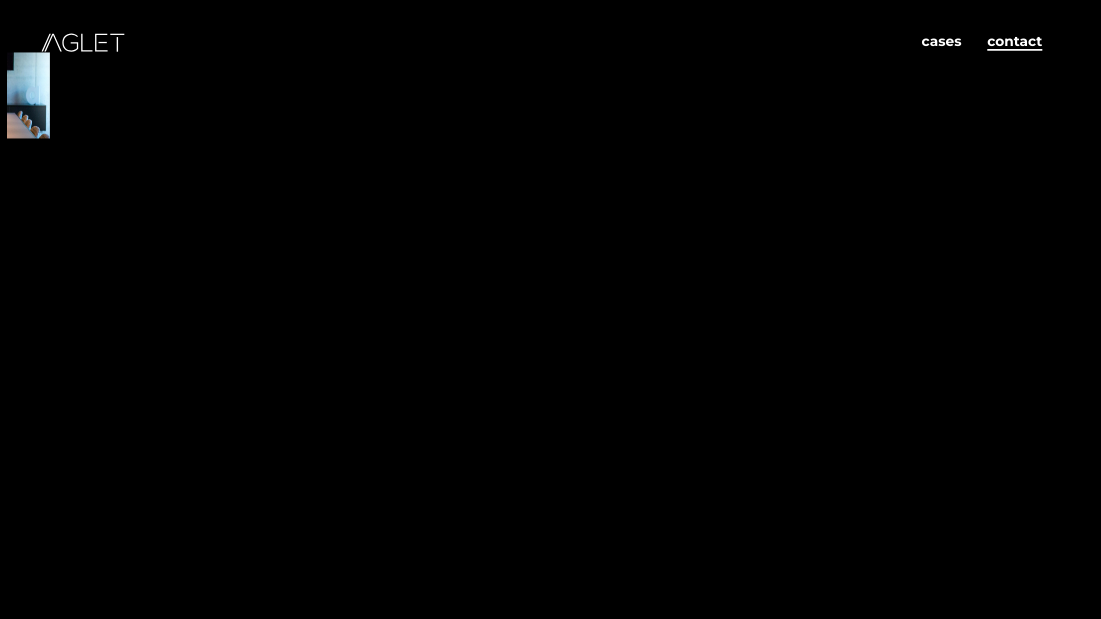
Repository: SamoraMabuya/Aglet
Page: contact.html
These files come from the project's save history. The page is drawn as it stood at one moment and after the next save; the edit follows.
The browser window is 1280 px wide. The pictures show the whole page, at 86% of full size.
The style sheet was rebuilt from its Sass, Less or Tailwind sources for each picture, by a compiler version that may differ from the author's.

Above is the page before, as saved 2020-11-16 13:45:59.

After the next save:
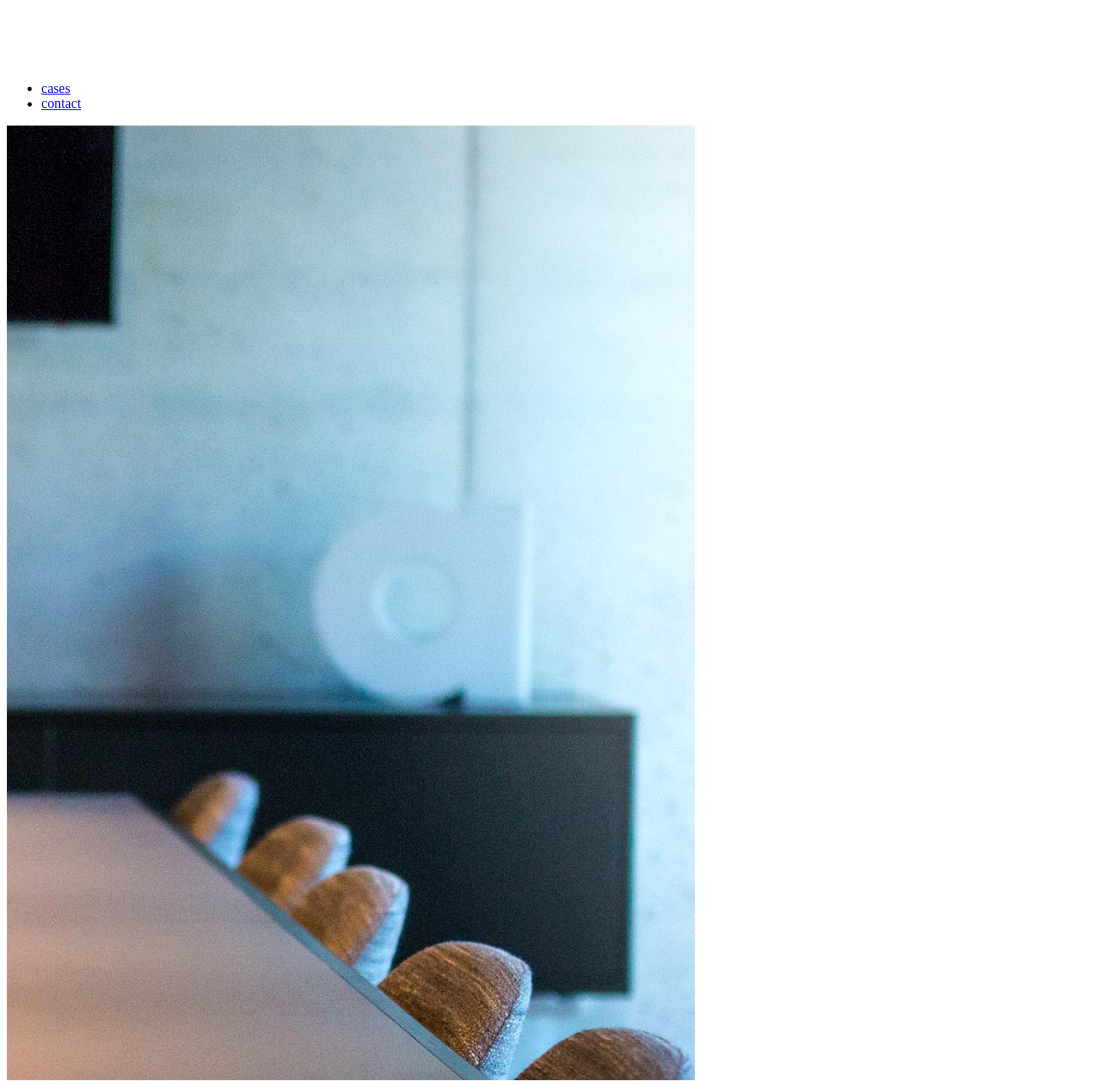
Not found: _contact.scsss
Saved 88 s later.
--- a/contact.html
+++ b/contact.html
@@ -5,7 +5,7 @@
     <meta charset="UTF-8">
     <meta name="viewport" content="width=device-width, initial-scale=1.0">
     <title>Document</title>
-    <link rel="stylesheet" href="style.css" />
+    <link rel="stylesheet" href="_contact.scsss" />
 
 </head>
 

After the save that followed:
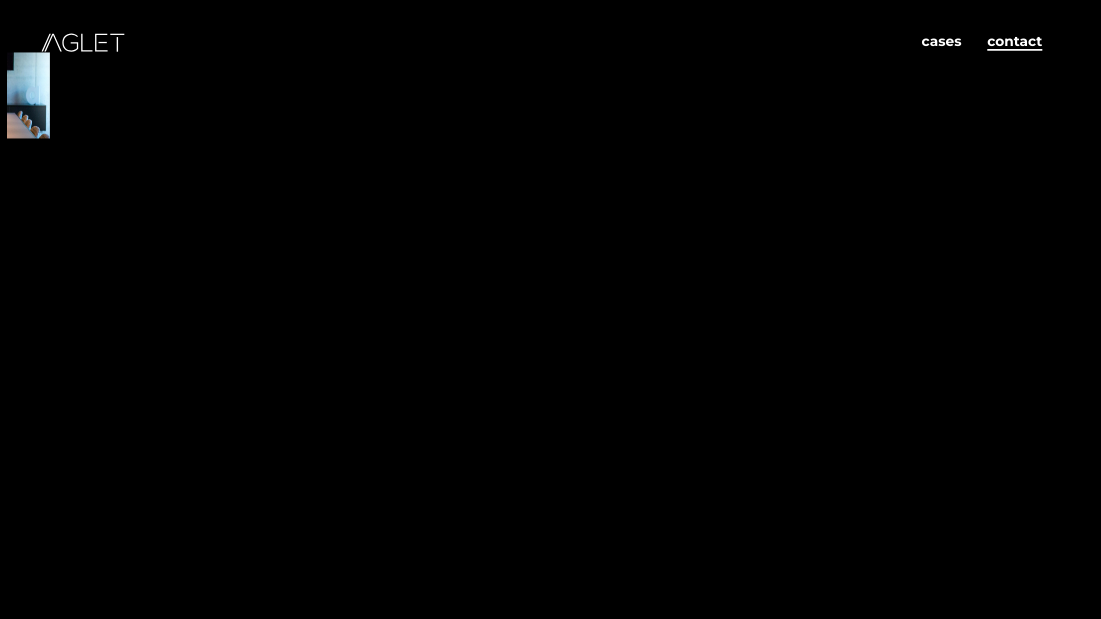
Saved 4 s later.
--- a/contact.html
+++ b/contact.html
@@ -5,7 +5,7 @@
     <meta charset="UTF-8">
     <meta name="viewport" content="width=device-width, initial-scale=1.0">
     <title>Document</title>
-    <link rel="stylesheet" href="_contact.scsss" />
+    <link rel="stylesheet" href="style.css" />
 
 </head>
 
